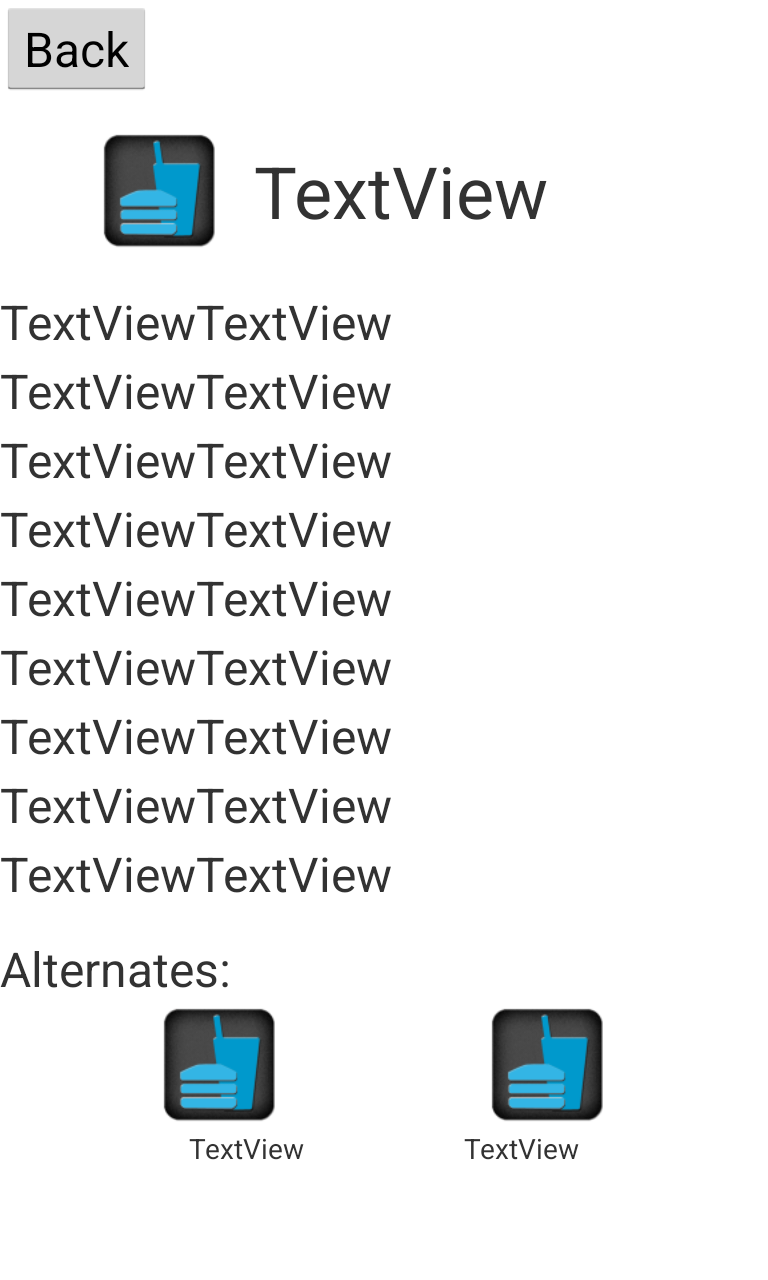
Repository: vitchyr/javoe
Layout: FirstRelease/res/layout/food.xml
The author's editor kept a copy of each file at every save. The layout is drawn from the files as they stood at one save, then again after the next save.
It is drawn on a 768 x 1280 px phone screen (xhdpi) without system bars, with theme AppTheme; the app's code is not run.

Above is the layout before, as saved 2013-08-18 23:53:37.

### FirstRelease/res/layout/food.xml
<LinearLayout xmlns:android="http://schemas.android.com/apk/res/android"
    xmlns:tools="http://schemas.android.com/tools"
    android:layout_width="fill_parent"
    android:layout_height="fill_parent"
    android:orientation="vertical"
    tools:context=".FoodActivity" >

    <Button
        android:id="@+id/button1"
        style="?android:attr/buttonStyleSmall"
        android:layout_width="wrap_content"
        android:layout_height="wrap_content"
        android:text="Back"
        android:textSize="24sp" />

    <TextView
        android:id="@+id/textView2"
        android:layout_width="wrap_content"
        android:layout_height="15dp" />

    <LinearLayout
        android:layout_width="match_parent"
        android:layout_height="wrap_content"
        android:gravity="center_vertical"
        android:paddingLeft="48dp" >

        <ImageView
            android:id="@+id/imageView1"
            android:layout_width="64dp"
            android:layout_height="64dp"
            android:src="@drawable/ic_launcher" />

        <TextView
            android:id="@+id/textView1"
            android:layout_width="wrap_content"
            android:layout_height="wrap_content"
            android:paddingLeft="15dp"
            android:text="TextView"
            android:textSize="36sp" />

    </LinearLayout>

    <TextView
        android:id="@+id/textView3"
        android:layout_width="wrap_content"
        android:layout_height="15dp" />

    <TableLayout
        android:layout_width="match_parent"
        android:layout_height="wrap_content"
        android:orientation="vertical" >

        <TableRow
            android:id="@+id/tableRow1"
            android:layout_width="wrap_content"
            android:layout_height="wrap_content"
            android:paddingTop="2dp" >

            <TextView
                android:id="@+id/textView4"
                android:layout_width="wrap_content"
                android:layout_height="wrap_content"
                android:text="TextView"
                android:textSize="24sp" />

            <TextView
                android:id="@+id/textView5"
                android:layout_width="wrap_content"
                android:layout_height="wrap_content"
                android:text="TextView"
                android:textSize="24sp" />

        </TableRow>

        <TableRow
            android:id="@+id/tableRow2"
            android:layout_width="wrap_content"
            android:layout_height="wrap_content"
            android:paddingTop="2dp" >

            <TextView
                android:id="@+id/textView6"
                android:layout_width="wrap_content"
                android:layout_height="wrap_content"
                android:text="TextView"
                android:textSize="24sp" />

            <TextView
                android:id="@+id/textView7"
                android:layout_width="wrap_content"
                android:layout_height="wrap_content"
                android:text="TextView"
                android:textSize="24sp" />

        </TableRow>

        <TableRow
            android:id="@+id/tableRow3"
            android:layout_width="wrap_content"
            android:layout_height="wrap_content"
            android:paddingTop="2dp" >

            <TextView
                android:id="@+id/textView8"
                android:layout_width="wrap_content"
                android:layout_height="wrap_content"
                android:text="TextView"
                android:textSize="24sp" />

            <TextView
                android:id="@+id/textView9"
                android:layout_width="wrap_content"
                android:layout_height="wrap_content"
                android:text="TextView"
                android:textSize="24sp" />

        </TableRow>

        <TableRow
            android:id="@+id/tableRow4"
            android:layout_width="wrap_content"
            android:layout_height="wrap_content"
            android:paddingTop="2dp" >

            <TextView
                android:id="@+id/textView10"
                android:layout_width="wrap_content"
                android:layout_height="wrap_content"
                android:text="TextView"
                android:textSize="24sp" />

            <TextView
                android:id="@+id/textView11"
                android:layout_width="wrap_content"
                android:layout_height="wrap_content"
                android:text="TextView"
                android:textSize="24sp" />

        </TableRow>

        <TableRow
            android:id="@+id/tableRow5"
            android:layout_width="wrap_content"
            android:layout_height="wrap_content"
            android:paddingTop="2dp" >

            <TextView
                android:id="@+id/textView12"
                android:layout_width="wrap_content"
                android:layout_height="wrap_content"
                android:text="TextView"
                android:textSize="24sp" />

            <TextView
                android:id="@+id/textView13"
                android:layout_width="wrap_content"
                android:layout_height="wrap_content"
                android:text="TextView"
                android:textSize="24sp" />

        </TableRow>

        <TableRow
            android:id="@+id/tableRow6"
            android:layout_width="wrap_content"
            android:layout_height="wrap_content"
            android:paddingTop="2dp" >

            <TextView
                android:id="@+id/textView14"
                android:layout_width="wrap_content"
                android:layout_height="wrap_content"
                android:text="TextView"
                android:textSize="24sp" />

            <TextView
                android:id="@+id/textView15"
                android:layout_width="wrap_content"
                android:layout_height="wrap_content"
                android:text="TextView"
                android:textSize="24sp" />

        </TableRow>

        <TableRow
            android:id="@+id/tableRow7"
            android:layout_width="wrap_content"
            android:layout_height="wrap_content"
            android:paddingTop="2dp" >

            <TextView
                android:id="@+id/textView16"
                android:layout_width="wrap_content"
                android:layout_height="wrap_content"
                android:text="TextView"
                android:textSize="24sp" />

            <TextView
                android:id="@+id/textView17"
                android:layout_width="wrap_content"
                android:layout_height="wrap_content"
                android:text="TextView"
                android:textSize="24sp" />

        </TableRow>

        <TableRow
            android:id="@+id/tableRow8"
            android:layout_width="wrap_content"
            android:layout_height="wrap_content"
            android:paddingTop="2dp" >

            <TextView
                android:id="@+id/textView18"
                android:layout_width="wrap_content"
                android:layout_height="wrap_content"
                android:text="TextView"
                android:textSize="24sp" />

            <TextView
                android:id="@+id/textView19"
                android:layout_width="wrap_content"
                android:layout_height="wrap_content"
                android:text="TextView"
                android:textSize="24sp" />

        </TableRow>

        <TableRow
            android:id="@+id/tableRow9"
            android:layout_width="wrap_content"
            android:layout_height="wrap_content"
            android:paddingTop="2dp" >

            <TextView
                android:id="@+id/textView20"
                android:layout_width="wrap_content"
                android:layout_height="wrap_content"
                android:text="TextView"
                android:textSize="24sp" />

            <TextView
                android:id="@+id/textView21"
                android:layout_width="wrap_content"
                android:layout_height="wrap_content"
                android:text="TextView"
                android:textSize="24sp" />

        </TableRow>

    </TableLayout>

    <TextView
        android:id="@+id/textView22"
        android:layout_width="wrap_content"
        android:layout_height="15dp" />

    <TextView
        android:id="@+id/textView23"
        android:layout_width="wrap_content"
        android:layout_height="wrap_content"
        android:text="Alternates:"
        android:textSize="24sp" />

    <LinearLayout
        android:layout_width="match_parent"
        android:layout_height="wrap_content"
        android:gravity="center" >

        <ImageView
            android:id="@+id/imageView2"
            android:layout_width="64dp"
            android:layout_height="64dp"
            android:src="@drawable/ic_launcher" />

        <TextView
            android:id="@+id/textView24"
            android:layout_width="100dp"
            android:layout_height="wrap_content" />

        <ImageView
            android:id="@+id/imageView3"
            android:layout_width="64dp"
            android:layout_height="64dp"
            android:src="@drawable/ic_launcher" />

    </LinearLayout>

    <LinearLayout
        android:layout_width="match_parent"
        android:layout_height="wrap_content"
        android:gravity="center" >

        <TextView
            android:id="@+id/textView25"
            android:layout_width="wrap_content"
            android:layout_height="wrap_content"
            android:text="TextView" />

        <TextView
            android:id="@+id/textView26"
            android:layout_width="80dp"
            android:layout_height="wrap_content" />

        <TextView
            android:id="@+id/textView27"
            android:layout_width="wrap_content"
            android:layout_height="wrap_content"
            android:text="TextView" />

    </LinearLayout>

</LinearLayout>

Loaded but not shown: FirstRelease/res/values/styles.xml (common file); FirstRelease/res/values-v11/styles.xml (common file); FirstRelease/res/values-v14/styles.xml (common file)

After the next save:
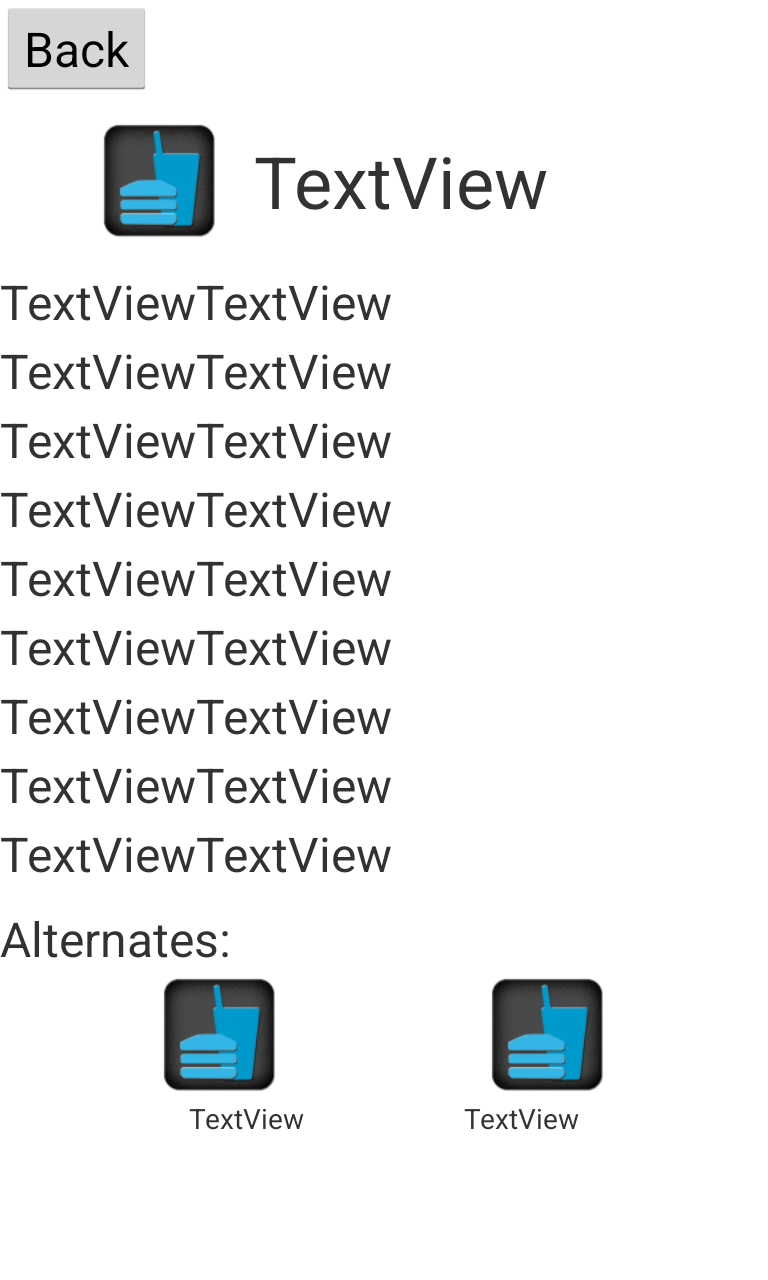
Saved 33 s later.
--- a/FirstRelease/res/layout/food.xml
+++ b/FirstRelease/res/layout/food.xml
@@ -16,7 +16,7 @@
     <TextView
         android:id="@+id/textView2"
         android:layout_width="wrap_content"
-        android:layout_height="15dp" />
+        android:layout_height="10dp" />
 
     <LinearLayout
         android:layout_width="match_parent"
@@ -43,7 +43,7 @@
     <TextView
         android:id="@+id/textView3"
         android:layout_width="wrap_content"
-        android:layout_height="15dp" />
+        android:layout_height="10dp" />
 
     <TableLayout
         android:layout_width="match_parent"
@@ -253,7 +253,7 @@
     <TextView
         android:id="@+id/textView22"
         android:layout_width="wrap_content"
-        android:layout_height="15dp" />
+        android:layout_height="10dp" />
 
     <TextView
         android:id="@+id/textView23"
